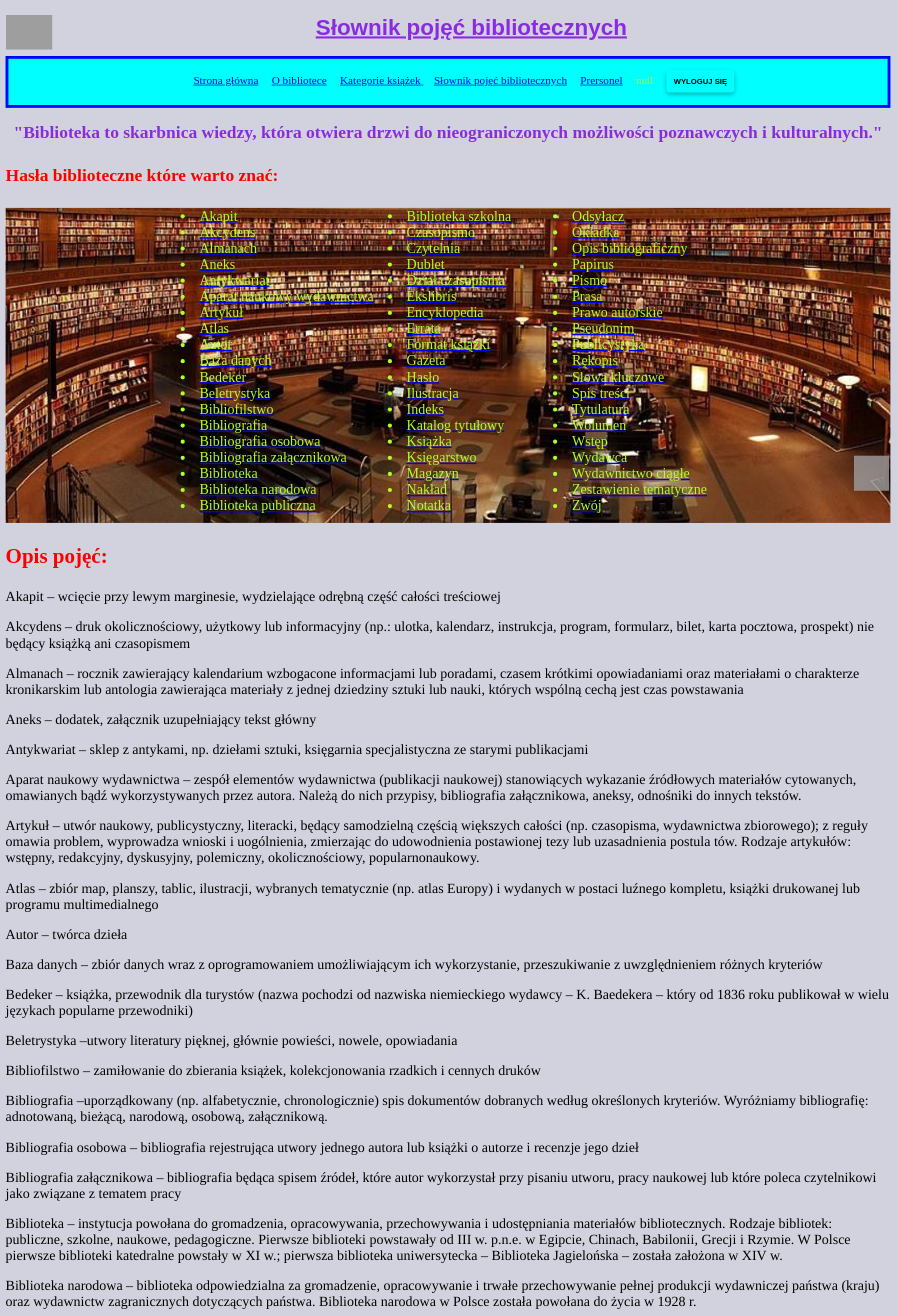
Repository: Dominik098/projekt
Page: http://localhost/biblioteka/E_Słownik pojęć.jsp
An editor plug-in stored every save of this project. The page is shown before and after the next save, followed by the edit.
The browser window is 1280 px wide. The page is 1282 px wide, so the pictures cover 1282 px, including what lies to the right of the window. The pictures show the part of the page from y = 0 to 1880 px (the page is 3873 px tall), at 70% of full size.
Pictures or frames that could not be fetched are drawn as grey boxes. The page is served by Tomcat 9.

Above is the page before, as saved 2023-04-26 18:11:24.

After the next save:
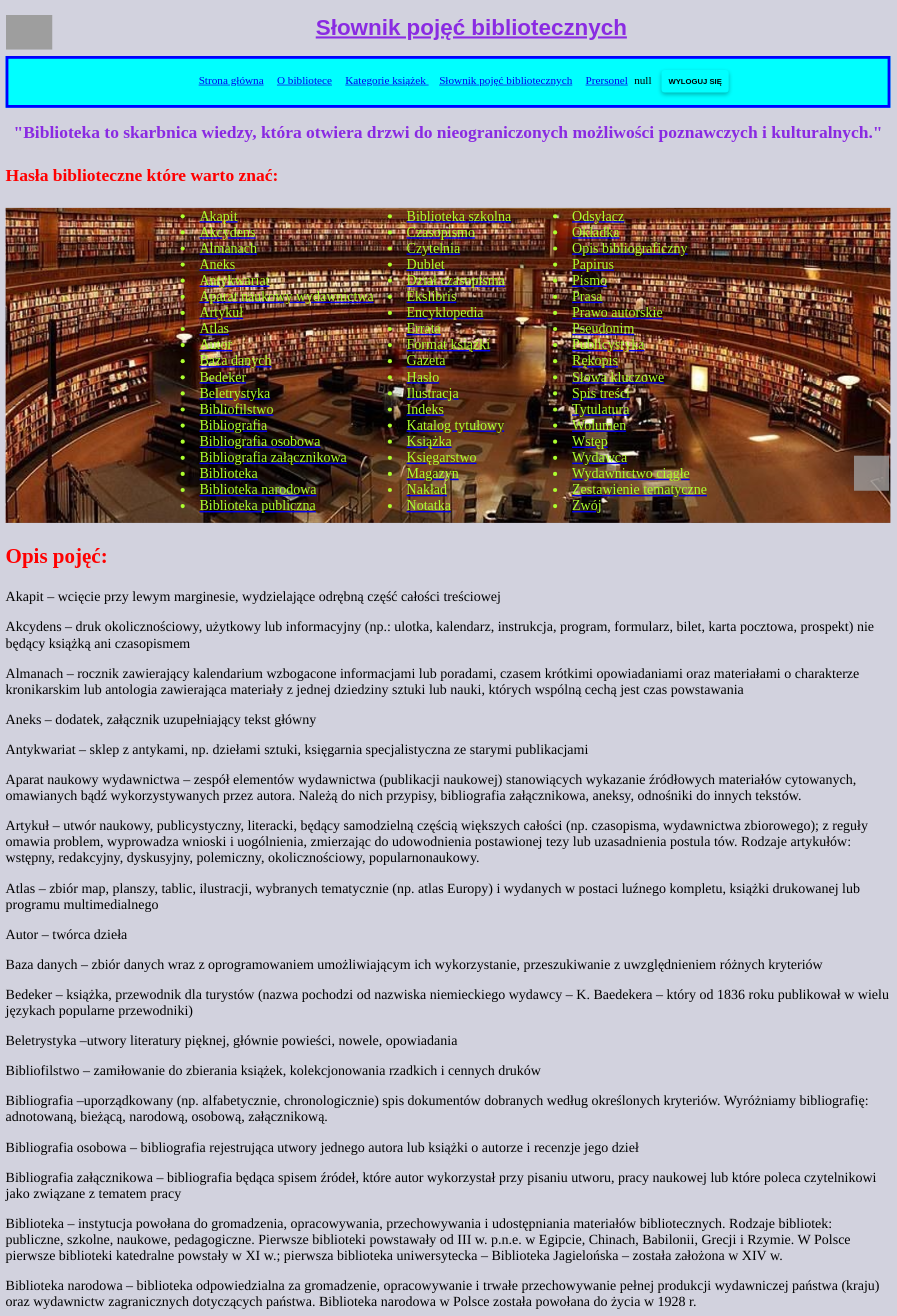
Saved 73 s later.
--- a/java projekt/biblioteka/src/main/webapp/E_Słownik pojęć.jsp
+++ b/java projekt/biblioteka/src/main/webapp/E_Słownik pojęć.jsp
@@ -32,7 +32,7 @@
                <!-- <li class="znacznik"><a href="G_login.jsp">Logowanie</a></li>
                 <li class="znacznik"><a href="H_rejestracja.jsp">Rejestracja</a></li>-->
 
-                <li ><a > <%=session.getAttribute("email-login") %> </a></li>
+                <a > <%=session.getAttribute("email-login") %> </a>
                 <li  ><a href= "logout"><button class="pobierz" >Wyloguj się</button></a></li>
 
             </ul>
